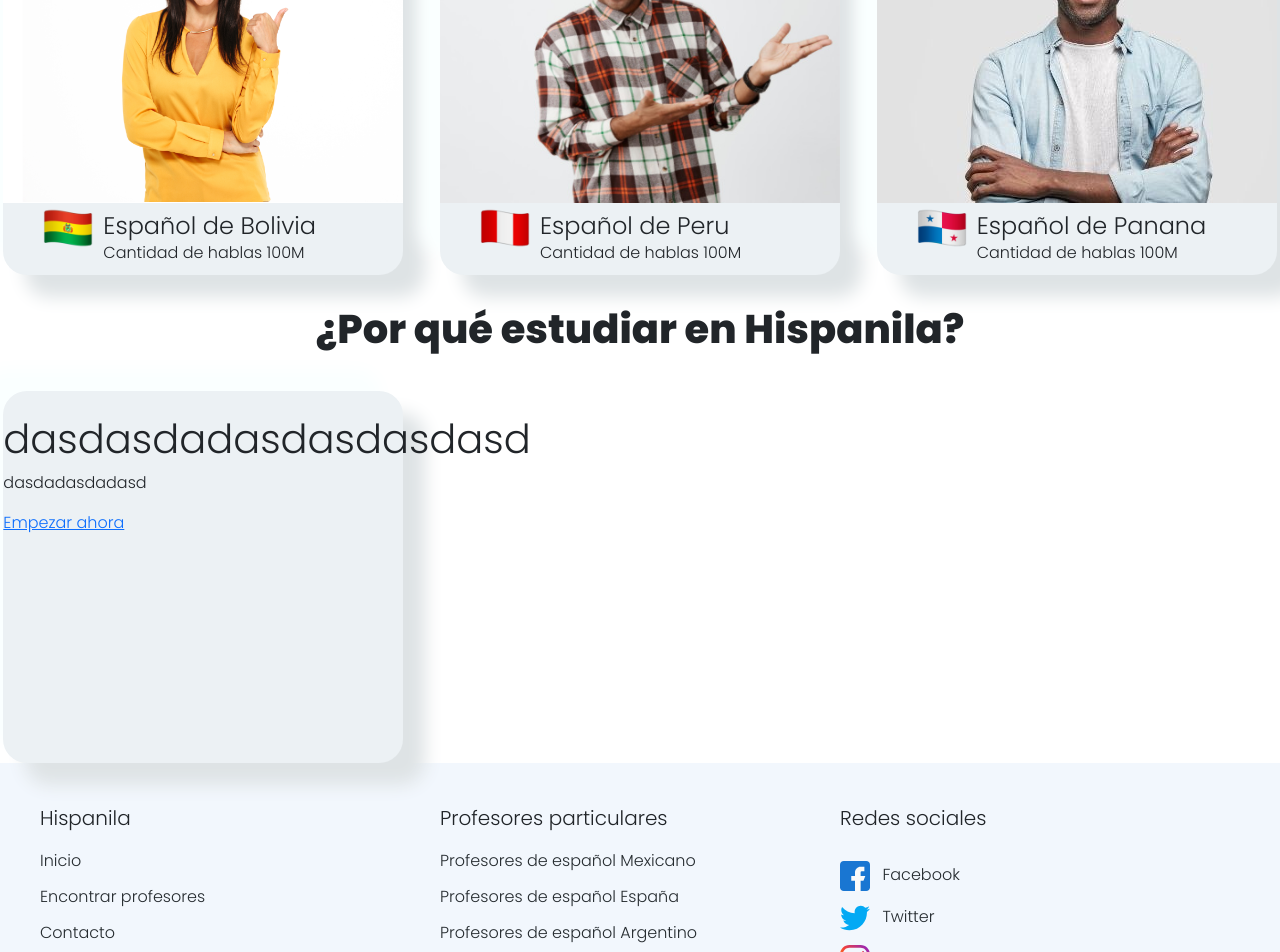
Repository: AgustinGarciaDev/Hispanila
Page: index.html
These files come from the project's save history. The page is drawn as it stood at one moment and after the next save; the edit follows.
The browser window is 1280 px wide. The pictures show the part of the page from y = 1280 to 2232 px (the page is 2349 px tall).
Some web libraries are served in a nearby version. The style sheet was rebuilt from its Sass, Less or Tailwind sources for each picture, by a compiler version that may differ from the author's.

Above is the page before, as saved 2021-01-28 22:30:04.

After the next save:
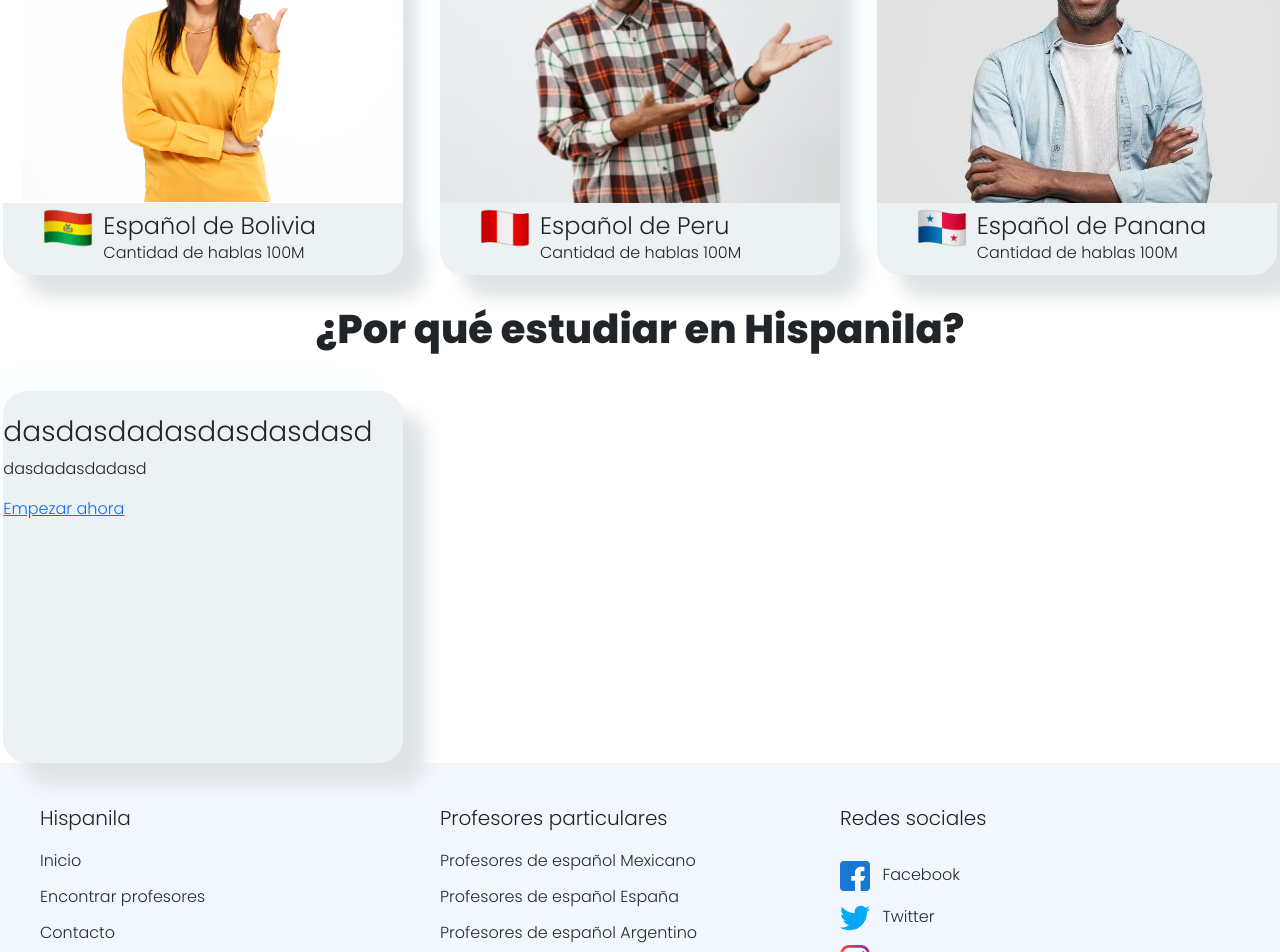
Saved 2 min 34 s later.
--- a/index.html
+++ b/index.html
@@ -150,9 +150,9 @@
             <div class="block-band">
                 <div class="card__study__resson">
                     <img src="" alt="">
-                    <h1>dasdasdadasdasdasdasd</h1>
-                    <p>dasdadasdadasd</p>
-                    <a href="">Empezar ahora</a>
+                    <h3>dasdasdadasdasdasdasd</h1>
+                        <p>dasdadasdadasd</p>
+                        <a href="">Empezar ahora</a>
                 </div>
             </div>
         </section>
